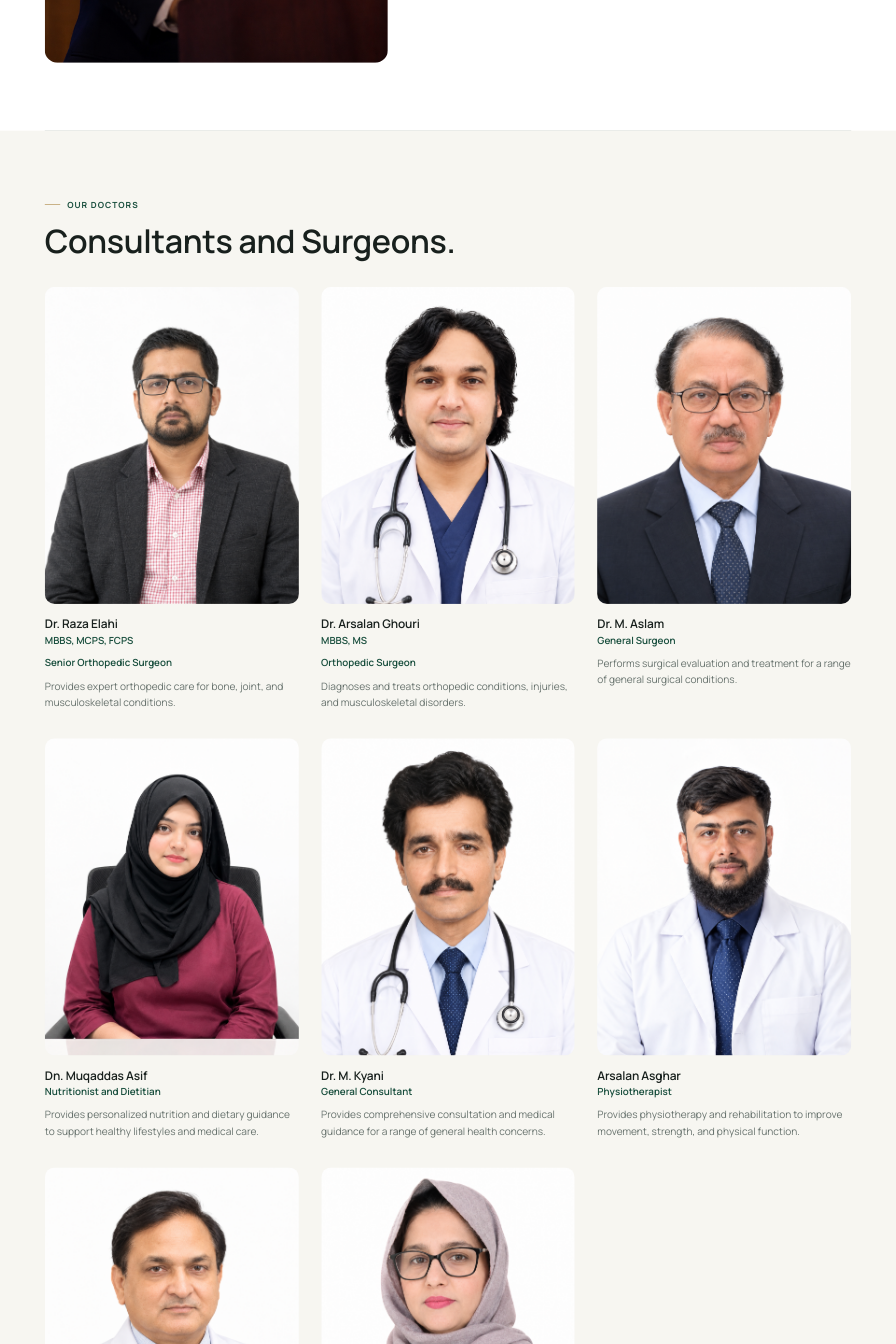
Repository: mraeesaziz45/al-farah
Page: team.html
An editor plug-in stored every save of this project. The page is shown before and after the next save, followed by the edit.
The browser window is 1280 px wide. The pictures show the part of the page from y = 1144 to 3064 px (the page is 5874 px tall), at 70% of full size.

Above is the page before, as saved 2026-09-28 17:58:59.

### team.html
<!DOCTYPE html>
<html lang="en">
<head>
<meta charset="UTF-8">
<meta name="viewport" content="width=device-width, initial-scale=1.0">
<title>Team — Al-Farah Medical Center</title>
<meta name="description" content="Meet the physicians and staff of Al-Farah Medical Center, led by our Founder and Director.">
<meta property="og:title" content="Team — Al-Farah Medical Center">
<meta property="og:description" content="The people behind the care.">
<meta property="og:type" content="website">
<link rel="preconnect" href="https://fonts.googleapis.com">
<link rel="preconnect" href="https://fonts.gstatic.com" crossorigin>
<link href="https://fonts.googleapis.com/css2?family=Manrope:wght@400;500;600;700&family=DM+Serif+Display:ital@0;1&display=swap" rel="stylesheet">
<link rel="stylesheet" href="css/style.css">
</head>
<body>
<a href="#main" class="skip-link">Skip to content</a>

<header class="site-header">
  <div class="container header-inner">
    <a href="index.html" class="logo-link">
      <img src="assets/logo/logo-placeholder.svg" alt="Al-Farah Medical Center" width="180" height="52">
    </a>
    <nav class="main-nav" aria-label="Primary">
      <a href="index.html">Home</a>
      <a href="services.html">Services</a>
      <a href="team.html" aria-current="page">Team</a>
      <a href="about.html">About</a>
      <a href="contact.html">Contact</a>
    </nav>
    <div class="header-actions">
      <a href="contact.html" class="btn btn-primary header-cta-desktop">Book an Appointment</a>
      <button class="menu-toggle" aria-expanded="false" aria-controls="mobileMenu" aria-label="Open menu">
        <span class="bar"></span>
      </button>
    </div>
  </div>
</header>

<div class="mobile-menu" id="mobileMenu">
  <div class="mobile-menu-top">
    <img src="assets/logo/logo-placeholder.svg" alt="Al-Farah Medical Center" width="150" height="44">
    <button class="mobile-menu-close" aria-label="Close menu">
      <svg viewBox="0 0 24 24" fill="none" stroke="currentColor" stroke-width="1.6"><line x1="5" y1="5" x2="19" y2="19"/><line x1="19" y1="5" x2="5" y2="19"/></svg>
    </button>
  </div>
  <nav class="mobile-nav" aria-label="Mobile">
    <a href="index.html">Home</a>
    <a href="services.html">Services</a>
    <a href="team.html" aria-current="page">Team</a>
    <a href="about.html">About</a>
    <a href="contact.html">Contact</a>
  </nav>
  <div class="mobile-menu-cta">
    <a href="contact.html" class="btn btn-primary">Book an Appointment</a>
  </div>
</div>

<main id="main">

  <section class="page-hero dark bg-forest-deep">
    <div class="container">
      <p class="eyebrow" data-reveal>Our People</p>
      <h1 class="page-heading h1" data-reveal>The people behind the care.</h1>
      <p class="body-lg" data-reveal>Al-Farah is led by a small team of physicians and support staff who work together across consultation, diagnostics, and follow-up.</p>
    </div>
  </section>

  <section class="bg-white">
    <div class="container">
      <div class="team-feature">
        <div class="team-feature-media" data-reveal>
          <img src="assets/images/team/director-2.png" alt="Portrait of the Director, placeholder photograph" width="1200" height="1600" loading="lazy" decoding="async">
        </div>
        <div class="team-feature-content" data-reveal>
          <p class="eyebrow">Leadership</p>
          <h2 class="h2">M. Raees Aziz</h2>
          <span class="team-feature-role">Founder &amp; Director</span>
          <p>Mr. M. Raees Aziz founded Al-Farah Medical Center in 2020 with a simple vision, to create a place where patients receive not only consultation and diagnosis, but also clear guidance and genuine care.</p>
          <p>Since 2012, I have been working alongside senior orthopedic surgeons as a surgical assistant, gaining 14 years of practical experience in orthopedic surgical procedures, patient care, and clinical teamwork. This experience has shaped my understanding of the importance of precision, responsibility, and putting the patient first.</p>
          <p>At Al-Farah Medical Center, our aim is simple — to listen carefully, provide the right guidance, and ensure that every patient leaves with greater clarity about their health and the next step in their care.</p>
        </div>
      </div>
    </div>
  </section>

  <section class="bg-cream">
    <div class="container">
      <div class="section-head team-section-label" data-reveal>
        <p class="eyebrow">Our Doctors</p>
        <h2 class="h2">Consultants and Surgeons.</h2>
      </div>
      <div class="team-grid" data-reveal-group>
        <div class="team-card" data-reveal>
          <div class="team-card-media">
            <img src="assets/images/team/dr-raza-elahi.png" alt="Portrait placeholder for the clinic accountant" width="1000" height="1250" loading="lazy" decoding="async">
          </div>
          <h3 class="h4">Dr. Raza Elahi</h3>
          <span class="role">MBBS, MCPS, FCPS</span>
          <span class="role">Senior Orthopedic Surgeon</span>
          <p class="bio">Provides expert orthopedic care for bone, joint, and musculoskeletal conditions.</p>
        </div>
        <div class="team-card" data-reveal>
          <div class="team-card-media">
            <img src="assets/images/team/arsalan-ghori.png" alt="Portrait placeholder for a radiologist" width="1000" height="1250" loading="lazy" decoding="async">
          </div>
          <h3 class="h4">Dr. Arsalan Ghouri</h3>
          <span class="role">MBBS, MS</span>
          <span class="role">Orthopedic Surgeon</span>
          <p class="bio">Diagnoses and treats orthopedic conditions, injuries, and musculoskeletal disorders.</p>
        </div>
        <div class="team-card" data-reveal>
          <div class="team-card-media">
            <img src="assets/images/team/dr-aslam.png" alt="Portrait placeholder for a radiologist" width="1000" height="1250" loading="lazy" decoding="async">
          </div>
          <h3 class="h4">Dr. M. Aslam</h3>
          <span class="role">General Surgeon</span>
          <p class="bio">Performs surgical evaluation and treatment for a range of general surgical conditions.</p>
        </div>
        <div class="team-card" data-reveal>
          <div class="team-card-media">
            <img src="assets/images/team/muqaddas-asif.png" alt="Portrait placeholder for a radiologist" width="1000" height="1250" loading="lazy" decoding="async">
          </div>
          <h3 class="h4">Dn. Muqaddas Asif</h3>
          <span class="role">Nutritionist and Dietitian</span>
          <p class="bio">Provides personalized nutrition and dietary guidance to support healthy lifestyles and medical care.</p>
        </div>
        <div class="team-card" data-reveal>
          <div class="team-card-media">
            <img src="assets/images/team/dr-kyani.png" alt="Portrait placeholder for a radiologist" width="1000" height="1250" loading="lazy" decoding="async">
          </div>
          <h3 class="h4">Dr. M. Kyani</h3>
          <span class="role">General Consultant</span>
          <p class="bio">Provides comprehensive consultation and medical guidance for a range of general health concerns.</p>
        </div>
        <div class="team-card" data-reveal>
          <div class="team-card-media">
            <img src="assets/images/team/arsalan.png" alt="Portrait placeholder for a radiologist" width="1000" height="1250" loading="lazy" decoding="async">
          </div>
          <h3 class="h4">Arsalan Asghar</h3>
          <span class="role">Physiotherapist</span>
          <p class="bio">Provides physiotherapy and rehabilitation to improve movement, strength, and physical function.</p>
        </div>
        <div class="team-card" data-reveal>
          <div class="team-card-media">
            <img src="assets/images/team/dr-shaheen-abid.png" alt="Portrait placeholder for a radiologist" width="1000" height="1250" loading="lazy" decoding="async">
          </div>
          <h3 class="h4">Dr. Shaheen Abid</h3>
          <span class="role">General Physician</span>
          <p class="bio">Provides general medical care, diagnosis, and treatment for common health conditions.</p>
        </div>
        <div class="team-card" data-reveal>
          <div class="team-card-media">
            <img src="assets/images/team/dr-sajida.png" alt="Portrait placeholder for a radiologist" width="1000" height="1250" loading="lazy" decoding="async">
          </div>
          <h3 class="h4">Dr. Sajida Farooq</h3>
          <span class="role">Gynecologist &amp; Ultrasound Specialist</span>
          <p class="bio">Provides gynecological care and specialized ultrasound services for women’s health.</p>
        </div>

      </div>
    </div>
  </section>

  <section class="bg-cream">
    <div class="container">
      <div class="section-head team-section-label" data-reveal>
        <p class="eyebrow">Senior Team</p>
        <h2 class="h2">Management & Staff.</h2>
      </div>
      <div class="team-grid" data-reveal-group>
        <div class="team-card" data-reveal>
          <div class="team-card-media">
            <img src="assets/images/team/hafiz-khushi.png" alt="Portrait placeholder for the clinic accountant" width="1000" height="1250" loading="lazy" decoding="async">
          </div>
          <h3 class="h4">Hafiz M. Khuhsi</h3>
          <span class="role">Head Manager</span>
          <p class="bio">Oversees the center’s financial operations, billing, and administrative accounts.</p>
        </div>
        <div class="team-card" data-reveal>
          <div class="team-card-media">
            <img src="assets/images/team/benazir.png" alt="Portrait placeholder for a radiologist" width="1000" height="1250" loading="lazy" decoding="async">
          </div>
          <h3 class="h4">Benazir Aziz</h3>
          <span class="role">Accountant</span>
          <p class="bio">Manages accounting, financial records, and billing activities for the center.</p>
        </div>
        <div class="team-card" data-reveal>
          <div class="team-card-media">
            <img src="assets/images/team/aneela-tabassum.png" alt="Portrait placeholder for a radiologist" width="1000" height="1250" loading="lazy" decoding="async">
          </div>
          <h3 class="h4">Anila Tabassum</h3>
          <span class="role">HR Manager</span>
          <p class="bio">Manages human resources, staff coordination, and employee administration.</p>
        </div>
        <div class="team-card" data-reveal>
          <div class="team-card-media">
            <img src="assets/images/team/abdul-isalm.png" alt="Portrait placeholder for a radiologist" width="1000" height="1250" loading="lazy" decoding="async">
          </div>
          <h3 class="h4">Abdul Islam</h3>
          <span class="role">Marketing Executive</span>
          <p class="bio">Promotes the center’s healthcare services and manages marketing activities.</p>
        </div>
        <div class="team-card" data-reveal>
          <div class="team-card-media">
            <img src="assets/images/team/sarfaraz-ahmad.png" alt="Portrait placeholder for a radiologist" width="1000" height="1250" loading="lazy" decoding="async">
          </div>
          <h3 class="h4">M. Sarfaraz Ahmad</h3>
          <span class="role">Marketing Manager</span>
          <p class="bio">Develops marketing strategies and builds relationships to promote the center’s services.</p>
        </div>
      </div>
    </div>
  </section>

  <section class="cta-band bg-forest">
    <div class="container">
      <h2 class="h2" data-reveal>When your health matters, every detail matters.</h2>
      <p class="body-lg" data-reveal>Arrange a consultation with a member of the Al-Farah team.</p>
      <div class="cta-row" data-reveal>
        <a href="contact.html" class="btn btn-primary">Book an Appointment</a>
      </div>
    </div>
  </section>

</main>

<footer class="site-footer">
  <div class="container footer-grid">
    <div>
      <img src="assets/logo/logo-placeholder-light.svg" alt="Al-Farah Medical Center" class="footer-logo" width="170" height="50">
      <p class="footer-about">Al-Farah Medical Center provides trusted medical care with an emphasis on expertise, dignity, and patient-centered service.</p>
    </div>
    <div class="footer-col">
      <p class="footer-col-title">Navigation</p>
      <ul>
        <li><a href="index.html">Home</a></li>
        <li><a href="services.html">Services</a></li>
        <li><a href="team.html">Team</a></li>
        <li><a href="about.html">About</a></li>
        <li><a href="contact.html">Contact</a></li>
      </ul>
    </div>
    <div class="footer-col">
      <p class="footer-col-title">Services</p>
      <ul>
        <li><a href="services.html#radiology">Radiology</a></li>
        <li><a href="services.html#consultation">Consultation</a></li>
        <li><a href="services.html#laboratory">Diagnostics</a></li>
        <li><a href="services.html#specialist">Specialist Care</a></li>
      </ul>
    </div>
    <div class="footer-col">
      <p class="footer-col-title">Contact</p>
      <ul>
        <li>[Clinic Address Placeholder]</li>
        <li>[Phone Number Placeholder]</li>
        <li>[Email Address Placeholder]</li>
        <li>[Opening Hours Placeholder]</li>
      </ul>
    </div>
  </div>
  <div class="container footer-bottom">
    <p>&copy; 2026 Al-Farah Medical Center</p>
    <div class="footer-legal">
      <a href="#">Privacy Policy</a>
      <a href="#">Terms</a>
    </div>
  </div>
</footer>

<script src="js/main.js"></script>
</body>
</html>

Loaded but not shown: js/main.js (276 lines, source omitted); css/style.css (1057 lines, source omitted)

After the next save:
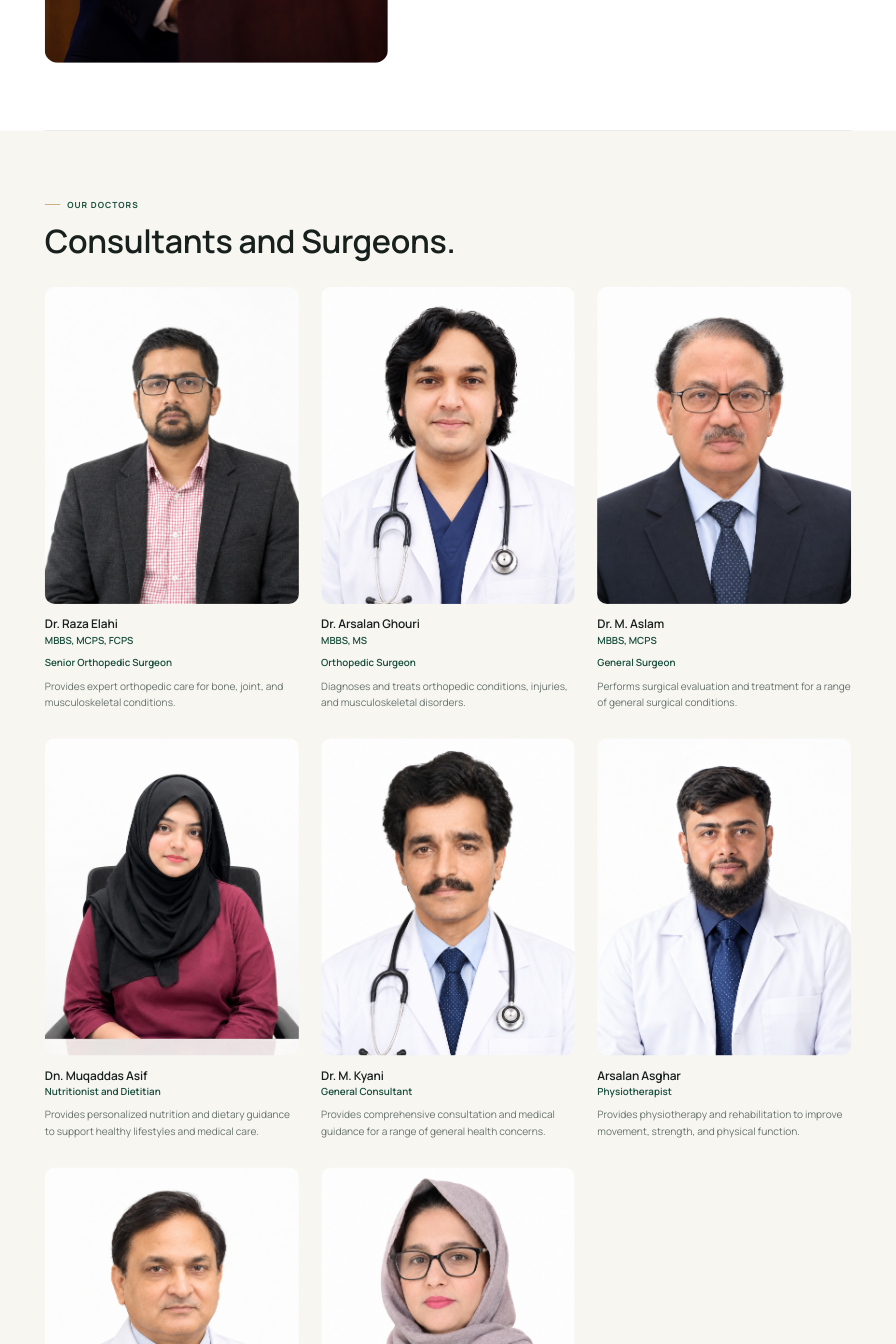
Saved 13 s later.
--- a/team.html
+++ b/team.html
@@ -114,6 +114,7 @@
             <img src="assets/images/team/dr-aslam.png" alt="Portrait placeholder for a radiologist" width="1000" height="1250" loading="lazy" decoding="async">
           </div>
           <h3 class="h4">Dr. M. Aslam</h3>
+          <span class="role">MBBS, MCPS</span>
           <span class="role">General Surgeon</span>
           <p class="bio">Performs surgical evaluation and treatment for a range of general surgical conditions.</p>
         </div>
